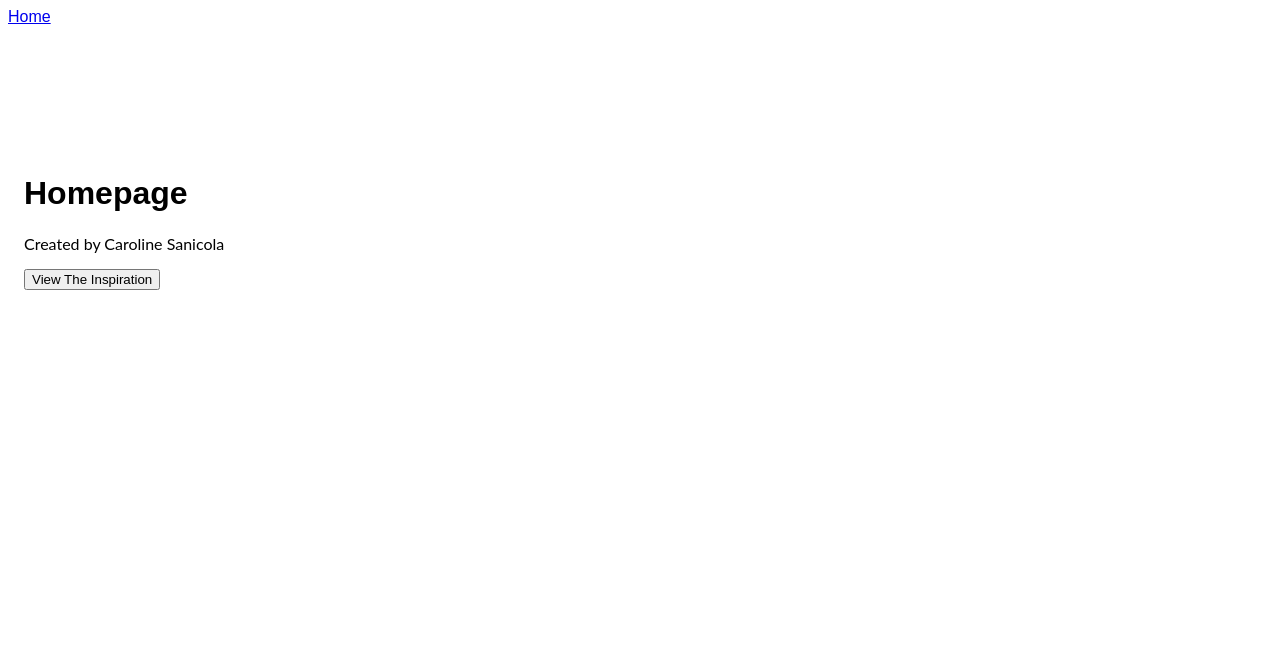
Repository: csanicola74/flask-html
Page: flask_css.html
The author's editor kept a copy of each file at every save. The page is drawn from the files as they stood at one save, then again after the next save.
The browser window is 1280 px wide. The pictures show the whole page.

Above is the page before, as saved 2022-09-11 18:10:45.

### flask_css.html
<!flasDOCTYPE html>
    <html lang="en">

    <head>
        <title>My CSS Homepage</title>
        <style>
            body,
            h1,
            h2,
            h3,
            h4,
            h5,
            h6 {
                font-family: "Lato", sans-serif
            }

            .w3-bar,
            h1,
            button {
                font-family: "Montserrat", sans-serif
            }

            .fa-anchor,
            .fa-coffee {
                font-size: 200px
            }
        </style>
    </head>

    <body>

        <!-- Navbar -->
        <div class="w3-top">
            <div class="w3-bar w3-red w3-card w3-left-align w3-large">
                <a class="w3-bar-item w3-button w3-hide-medium w3-hide-large w3-right w3-padding-large w3-hover-white w3-large w3-red"
                    href="javascript:void(0);" onclick="myFunction()" title="Toggle Navigation Menu"><i
                        class="fa fa-bars"></i></a>
                <a href="#" class="w3-bar-item w3-button w3-padding-large w3-white">Home</a>
            </div>
            <!-- Header -->
            <header class="w3-container w3-red w3-center" style="padding:128px 16px">
                <h1 class="w3-margin w3-jumbo">Homepage</h1>
                <p class="w3-xlarge">Created by Caroline Sanicola</p>
                <button class="w3-button w3-black w3-padding-large w3-large w3-margin-top">View The Inspiration</button>
            </header>

After the next save:
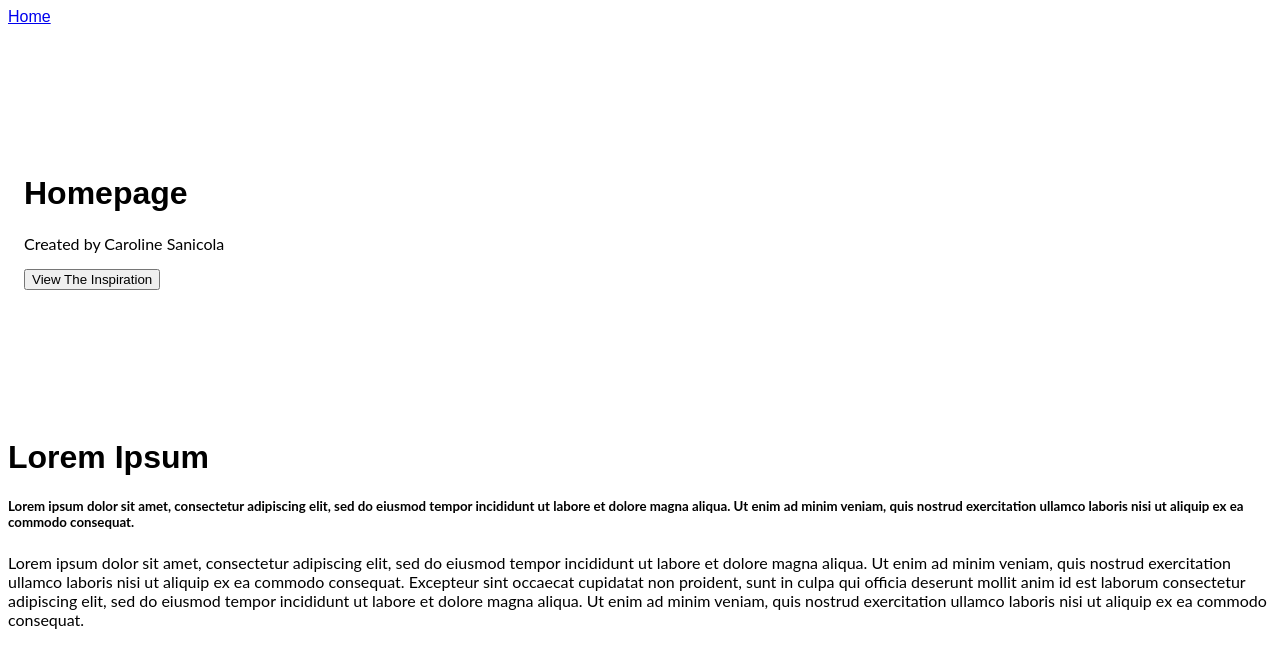
Saved 64 s later.
--- a/flask_css.html
+++ b/flask_css.html
@@ -43,3 +43,28 @@
                 <p class="w3-xlarge">Created by Caroline Sanicola</p>
                 <button class="w3-button w3-black w3-padding-large w3-large w3-margin-top">View The Inspiration</button>
             </header>
+            <!-- First Grid -->
+            <div class="w3-row-padding w3-padding-64 w3-container">
+                <div class="w3-content">
+                    <div class="w3-twothird">
+                        <h1>Lorem Ipsum</h1>
+                        <h5 class="w3-padding-32">Lorem ipsum dolor sit amet, consectetur adipiscing elit, sed do
+                            eiusmod tempor incididunt ut labore et dolore magna aliqua. Ut enim ad minim veniam, quis
+                            nostrud exercitation ullamco laboris nisi ut aliquip ex ea commodo consequat.</h5>
+
+                        <p class="w3-text-grey">Lorem ipsum dolor sit amet, consectetur adipiscing elit, sed do eiusmod
+                            tempor incididunt ut labore et dolore magna aliqua. Ut enim ad minim veniam, quis nostrud
+                            exercitation ullamco laboris nisi ut aliquip ex ea commodo consequat. Excepteur sint
+                            occaecat cupidatat non proident, sunt in culpa qui officia deserunt mollit anim id est
+                            laborum consectetur adipiscing elit, sed do eiusmod tempor incididunt ut labore et dolore
+                            magna aliqua. Ut enim ad minim veniam, quis nostrud exercitation ullamco
+                            laboris nisi ut aliquip ex ea commodo consequat.</p>
+                    </div>
+
+                    <div class="w3-third w3-center">
+                        <i class="fa fa-anchor w3-padding-64 w3-text-red"></i>
+                    </div>
+                </div>
+            </div>
+
+    </html>
